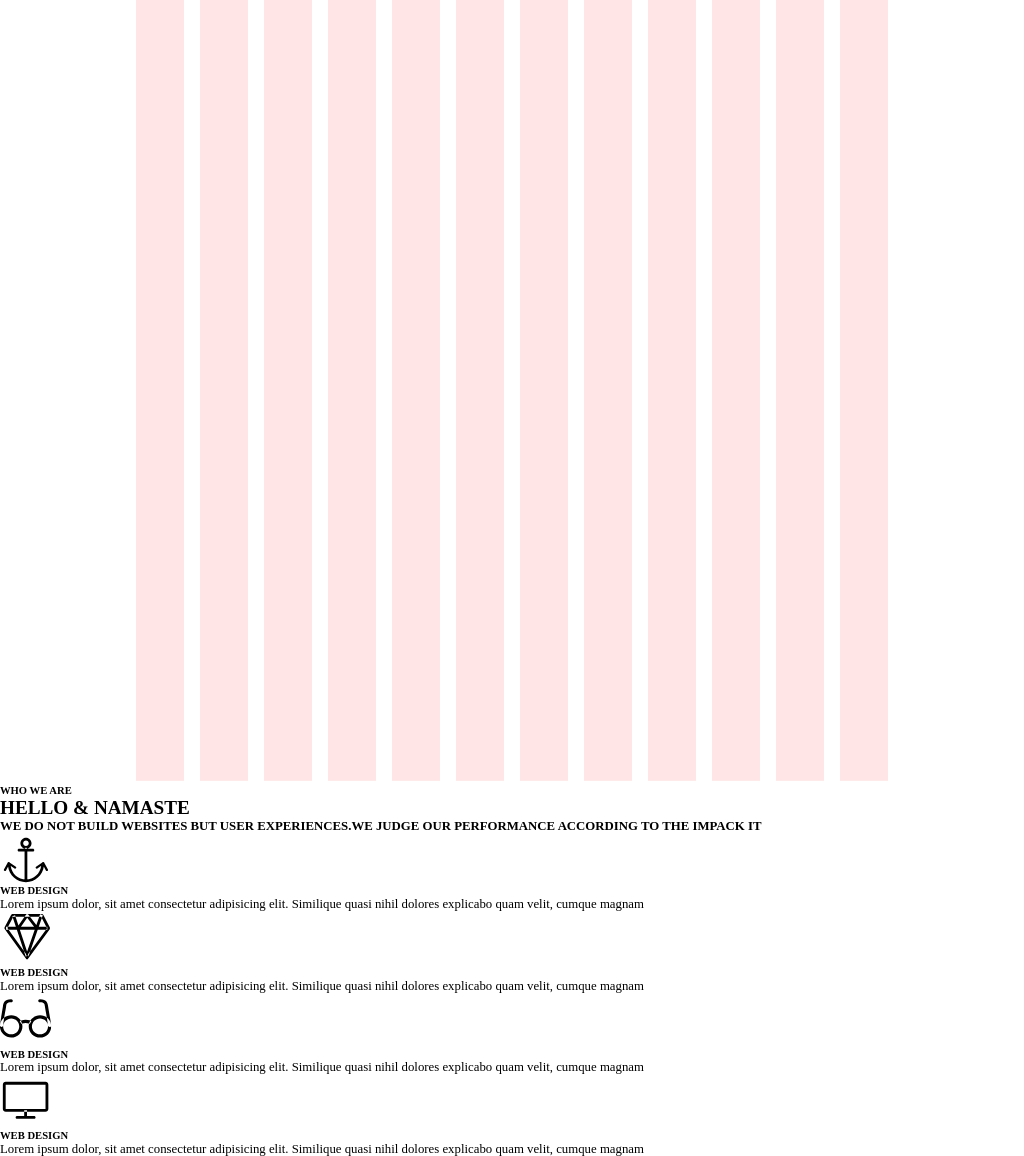
Repository: shpakovskaya/github.io
Page: boxsizing/namastegreen/index.html
These files come from the project's save history. The page is drawn as it stood at one moment and after the next save; the edit follows.
The browser window is 1280 px wide. The pictures show the whole page, at 80% of full size.

Above is the page before, as saved 2021-11-18 17:39:53.

### boxsizing/namastegreen/index.html
<!DOCTYPE html>
<html lang="en">
  <head>
    <meta charset="UTF-8" />
    <meta http-equiv="X-UA-Compatible" content="IE=edge" />
    <meta name="viewport" content="width=device-width, initial-scale=1.0" />
    <title>namaste_green</title>
    <link
      rel="stylesheet"
      href="https://cdnjs.cloudflare.com/ajax/libs/normalize/8.0.1/normalize.min.css"
      integrity="sha512-NhSC1YmyruXifcj/KFRWoC561YpHpc5Jtzgvbuzx5VozKpWvQ+4nXhPdFgmx8xqexRcpAglTj9sIBWINXa8x5w=="
      crossorigin="anonymous"
      referrerpolicy="no-referrer"
    />
    <link
      rel="shortcut icon"
      href="./free-icon-sahasrara-5937794.ico"
      type="image/x-icon"
    />
    <link rel="stylesheet" href="./montserrat/Montserrat-Regular.ttf" />
    <link rel="stylesheet" href="./style.css" />
  </head>
  <body>
    <!-- Background -->
    <div class="conteiner">
      <img
        src="./img/1b0eb2e9-f134-46c9-915e-629d914347aa (1).png"
        alt="background"
      />
      <!-- Header -->
      <header class="header">
        <header class="header__wrapper">
          <h5 class="e-header__one">WHO WE ARE</h5>
          <h2 class="e-header__two">HELLO & NAMASTE</h2>
          <h4 class="e-header__three">
            WE DO NOT BUILD WEBSITES BUT USER EXPERIENCES.WE JUDGE OUR
            PERFORMANCE ACCORDING TO THE IMPACK IT
          </h4>
        </header>
      </header>
      <!-- Main content -->
      <div class="wrapper">
        <div class="c-wrapper__anchor">
          <div class="e-wrapper__anchor">
            <svg
              version="1.2"
              baseprofile="tiny-ps"
              xmlns="http://www.w3.org/2000/svg"
              viewbox="0 0 69 74"
              width="64"
              height="64"
            >
              <path
                id="Anchor"
                class="shp0"
                d="M35 70.19C21.76 70.19 10.62 60.29 9.08 47.16C8.95 46.06 9.73 45.07 10.83 44.94C11.92 44.8 12.92 45.59 13.05 46.69C14.35 57.81 23.79 66.19 35 66.19C46.19 66.19 55.63 57.82 56.95 46.73C57.08 45.63 58.07 44.84 59.17 44.98C60.27 45.11 61.06 46.1 60.92 47.2C59.36 60.31 48.22 70.19 35 70.19ZM35 69.68C33.89 69.68 33 68.79 33 67.68L33 22.56C33 21.45 33.89 20.56 35 20.56C36.1 20.56 37 21.45 37 22.56L37 67.68C37 68.79 36.1 69.68 35 69.68ZM35.03 9.94C37.27 9.94 39.09 11.76 39.09 14C39.09 16.24 37.27 18.06 35.03 18.06C32.79 18.06 30.97 16.24 30.97 14C30.97 11.76 32.79 9.94 35.03 9.94M35.03 5.94C30.58 5.94 26.97 9.55 26.97 14C26.97 18.45 30.58 22.06 35.03 22.06C39.48 22.06 43.09 18.45 43.09 14C43.09 9.55 39.48 5.94 35.03 5.94L35.03 5.94ZM59.4 45.16L51.49 50.54C50.81 50.97 49.89 50.95 49.48 50.25L49.07 49.8C48.67 49.1 48.89 48.18 49.57 47.74L58.67 41.6C58.68 41.59 58.69 41.58 58.7 41.57L59.32 41.17C59.66 40.95 60.05 40.9 60.4 40.99C60.76 41.07 61.09 41.3 61.29 41.65L61.66 42.28C61.67 42.3 61.66 42.31 61.67 42.32L66.81 51.78C67.22 52.48 67 53.39 66.32 53.83L65.75 54.05C65.07 54.48 64.23 54.09 63.82 53.39L59.4 45.16ZM6.18 53.39C5.77 54.09 4.93 54.48 4.25 54.05L3.68 53.83C3 53.39 2.78 52.48 3.19 51.78L8.33 42.32C8.34 42.31 8.33 42.3 8.34 42.28L8.71 41.65C8.91 41.3 9.24 41.07 9.6 40.99C9.95 40.9 10.34 40.95 10.68 41.17L11.3 41.57C11.31 41.58 11.32 41.59 11.33 41.6L20.43 47.74C21.11 48.18 21.33 49.1 20.93 49.8L20.52 50.25C20.11 50.95 19.19 50.97 18.51 50.54L10.6 45.16L6.18 53.39ZM25 22L45 22C46.1 22 47 22.89 47 24C47 25.1 46.1 26 45 26L25 26C23.9 26 23 25.1 23 24C23 22.89 23.9 22 25 22Z"
              />
            </svg>
          </div>
          <div class="title">
            <h5 class="title__anchor">WEB DESIGN</h5>
          </div>
          <div class="text__anchor">
            <span
              >Lorem ipsum dolor, sit amet consectetur adipisicing elit.
              Similique quasi nihil dolores explicabo quam velit, cumque magnam
            </span>
          </div>
        </div>
        <div class="c-wrapper__diamond">
          <div class="e-wrapper__diamond">
            <svg
              version="1.2"
              baseProfile="tiny-ps"
              xmlns="http://www.w3.org/2000/svg"
              viewBox="0 0 74 72"
              width="66"
              height="64"
            >
              <path
                id="Diamond"
                class="shp0"
                d="M57.75 7.98L66.06 23.88L37.94 62.17L10.27 23.59L18.57 7.98L57.75 7.98M58.17 3.98L18.17 3.98C17.07 3.98 15.74 4.77 15.23 5.75L6.51 22.14C5.99 23.11 6.09 24.63 6.73 25.53L36.74 67.35C37.06 67.8 37.49 68.03 37.91 68.03C38.34 68.03 38.76 67.81 39.09 67.36L69.58 25.85C70.23 24.96 70.35 23.44 69.84 22.47L61.09 5.75C60.58 4.78 59.27 3.98 58.17 3.98L58.17 3.98ZM66.42 25.98L8.42 25.98L8.42 21.98L66.42 21.98L66.42 25.98ZM36.02 63.61L17.27 7.11L21.06 5.85L39.81 62.35L36.02 63.61ZM39.96 63.18L36.18 61.86L56.28 4.32L60.06 5.64L39.96 63.18ZM27.14 25.12L23.86 22.83L36.39 4.83C36.76 4.31 37.35 3.99 37.98 3.97C38.59 3.98 39.22 4.24 39.61 4.75L53.08 22.08L49.92 24.54L38.12 9.35L27.14 25.12Z"
              />
            </svg>
          </div>
          <div class="title">
            <h5 class="title__diamond">WEB DESIGN</h5>
          </div>
          <div class="text__diamond">
            <span
              >Lorem ipsum dolor, sit amet consectetur adipisicing elit.
              Similique quasi nihil dolores explicabo quam velit, cumque magnam
            </span>
          </div>
        </div>

        <div class="c-wrapper__eyeglasses">
          <div class="e-wrapper__eyeglasses">
            <svg
              version="1.2"
              baseprofile="tiny-ps"
              xmlns="http://www.w3.org/2000/svg"
              viewbox="0 0 64 48"
              width="64"
              height="64"
            >
              <path
                id="Eyeglasses"
                class="shp0"
                d="M1.91 34.69C1.86 34.69 1.81 34.69 1.77 34.69C0.66 34.61 -0.17 33.65 -0.09 32.55C-0.03 31.68 3.03 12.72 3.54 9.66C3.59 9.37 3.62 9.06 3.67 8.73C4.06 5.65 4.79 -0.06 14.01 -0.06C15.12 -0.06 16.01 0.83 16.01 1.94C16.01 3.04 15.12 3.94 14.01 3.94C8.31 3.94 8.01 6.28 7.63 9.24C7.59 9.62 7.54 9.98 7.48 10.32C7.09 12.7 4.32 26.99 3.9 32.83C3.83 33.89 2.95 34.69 1.91 34.69ZM62.09 34.82C61.05 34.82 59.97 34.01 59.9 32.96C59.48 27.12 56.71 12.7 56.32 10.32C56.26 9.98 56.21 9.62 56.17 9.24C55.79 6.28 55.49 3.94 49.79 3.94C48.69 3.94 47.79 3.04 47.79 1.94C47.79 0.83 48.69 -0.06 49.79 -0.06C59.01 -0.06 59.74 5.65 60.13 8.73C60.18 9.06 60.21 9.37 60.26 9.66C60.77 12.72 64.03 31.81 64.09 32.67C64.17 33.78 63.34 34.73 62.23 34.81C62.19 34.82 62.14 34.82 62.09 34.82ZM14.08 24.02C19.58 24.02 24.04 28.48 24.04 33.98C24.04 39.47 19.58 43.94 14.08 43.94C8.57 43.94 3.92 39.38 3.92 33.98C3.92 28.58 8.57 24.02 14.08 24.02M14.08 20.02C6.37 20.02 -0.08 26.27 -0.08 33.98C-0.08 41.69 6.37 47.94 14.08 47.94C21.79 47.94 28.04 41.69 28.04 33.98C28.04 26.27 21.79 20.02 14.08 20.02L14.08 20.02ZM50.08 24.02C55.57 24.02 60.04 28.48 60.04 33.98C60.04 39.47 55.57 43.94 50.08 43.94C44.57 43.94 39.91 39.38 39.91 33.98C39.91 28.58 44.57 24.02 50.08 24.02M50.08 20.02C42.37 20.02 35.91 26.27 35.91 33.98C35.91 41.69 42.37 47.94 50.08 47.94C57.79 47.94 64.04 41.69 64.04 33.98C64.04 26.27 57.79 20.02 50.08 20.02L50.08 20.02ZM26.87 30.96L24.69 27.6C24.97 27.42 27.51 25.83 31.98 25.83C36.25 25.83 38.86 27.23 39.15 27.39L37.18 30.88C37.18 30.88 35.21 29.83 31.98 29.83C28.71 29.83 26.89 30.94 26.87 30.96Z"
              />
            </svg>
          </div>
          <div class="title">
            <h5 class="title__eyeglasses">WEB DESIGN</h5>
          </div>
          <div class="text__eyeglasses">
            <span
              >Lorem ipsum dolor, sit amet consectetur adipisicing elit.
              Similique quasi nihil dolores explicabo quam velit, cumque magnam
            </span>
          </div>
        </div>
        <div class="c-wrapper__monitor">
          <div class="e-wrapper__monitor">
            <svg
              version="1.2"
              baseprofile="tiny-ps"
              xmlns="http://www.w3.org/2000/svg"
              viewbox="0 0 72 65"
              width="64"
              height="64"
            >
              <path
                id="Monitor"
                class="shp0"
                d="M64 10.98L64 44.99L8 44.99L8 10.98L64 10.98M64 6.98L8 6.98C5.8 6.98 4 8.78 4 10.98L4 44.99C4 47.19 5.8 48.99 8 48.99L64 48.99C66.2 48.99 68 47.19 68 44.99L68 10.98C68 8.78 66.2 6.98 64 6.98L64 6.98ZM38 47L38 55L48 55C49.1 55 50 55.9 50 57C50 58.1 49.1 59 48 59L24 59C22.9 59 22 58.1 22 57C22 55.9 22.9 55 24 55L34 55L34 47L38 47Z"
              />
            </svg>
          </div>
          <div class="title">
            <h5 class="title__monitor">WEB DESIGN</h5>
          </div>
          <div class="text__monitor">
            <span
              >Lorem ipsum dolor, sit amet consectetur adipisicing elit.
              Similique quasi nihil dolores explicabo quam velit, cumque magnam
            </span>
          </div>
        </div>
      </div>
    </div>
  </body>
</html>

### boxsizing/namastegreen/style.css
* {
  margin: 0;
  padding: 0;
  box-sizing: border-box;
}

.conteiner {
  max-width: 1280px;
  max-height: 976px;
  position: relative;
}
.header__wrapper {
}
.e-wrapper__anchor {
  width: 64px;
  height: 64px;
}

#Anchor:hover {
  fill: blue;
}

#Eyeglasses:hover {
  fill: blue;
}
#Monitor:hover {
  fill: blue;
}

#Diamond:hover {
  fill: blue;
}

After the next save:
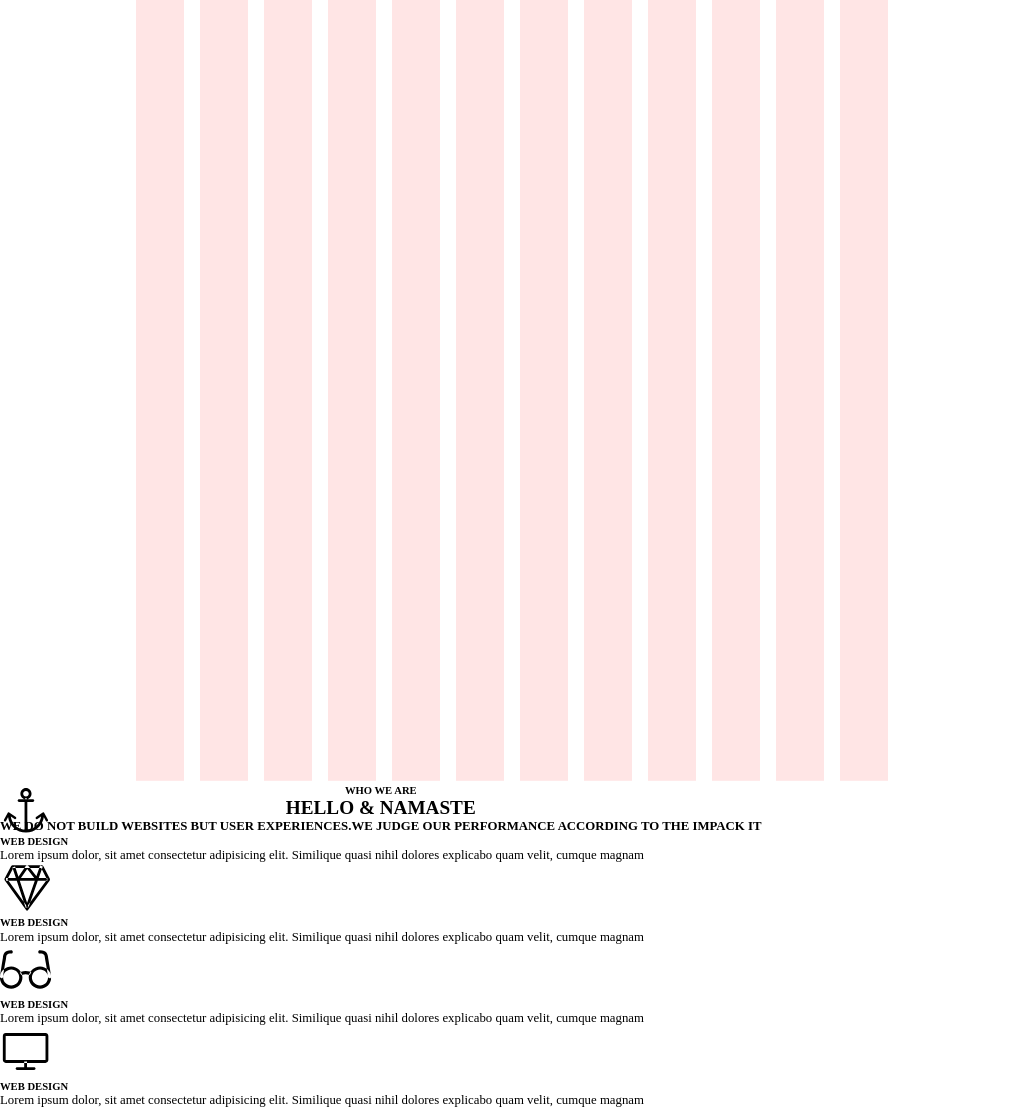
Saved 5 min 25 s later.
--- a/boxsizing/namastegreen/style.css
+++ b/boxsizing/namastegreen/style.css
@@ -10,6 +10,8 @@
   position: relative;
 }
 .header__wrapper {
+  position: absolute;
+  text-align: center;
 }
 .e-wrapper__anchor {
   width: 64px;
